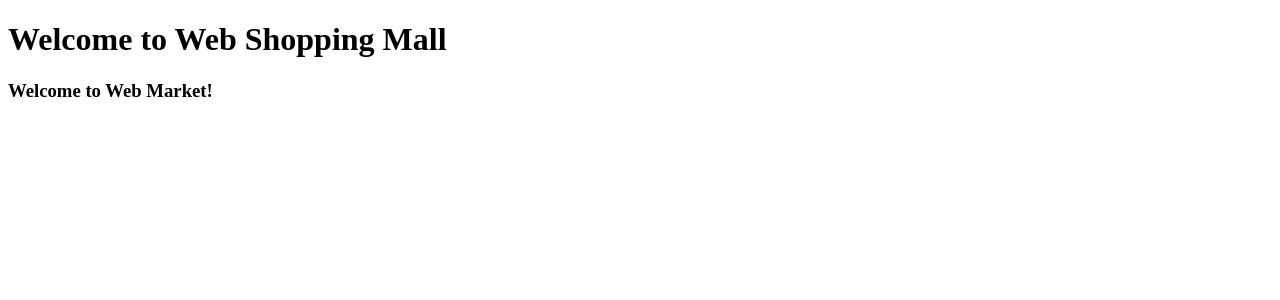
Repository: ramperrit/JSP
Page: http://localhost/WebMarket/welcome.jsp
The author's editor kept a copy of each file at every save. The page is drawn from the files as they stood at one save, then again after the next save.
The browser window is 1280 px wide. The pictures show the whole page.
The page is served by Tomcat 9. Other server files are loaded and not shown.

Above is the page before, as saved 2024-02-21 01:08:34.

### WebMarket/src/main/webapp/welcome.jsp
<%@ page language="java" contentType="text/html; charset=EUC-KR"
    pageEncoding="EUC-KR"%>
<!DOCTYPE html>
<html>
<head>
<meta charset="EUC-KR">
<title>Welcome</title>
</head>
<body>
	<%!
		String greeting = "Welcome to Web Shopping Mall";
		String tagline = "Welcome to Web Market!";
	%>
	<h1> <%= greeting  %> </h1>
	<h3> <%= tagline  %> </h3>
</body>
</html>

After the next save:
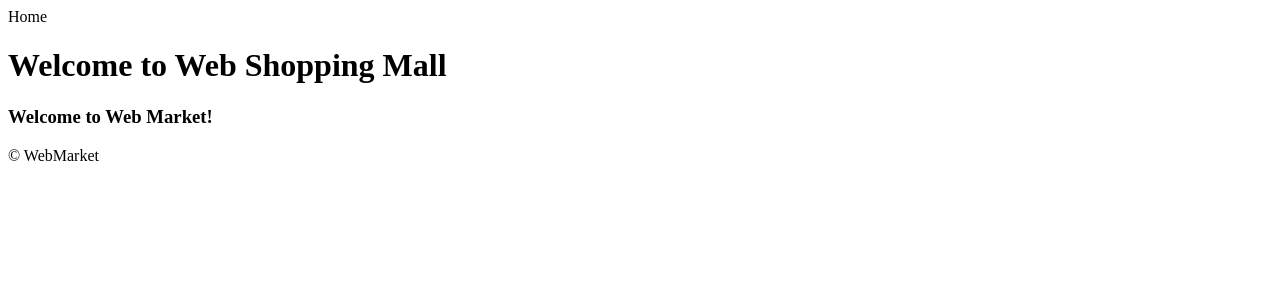
Saved 9 min 21 s later.
--- a/WebMarket/src/main/webapp/welcome.jsp
+++ b/WebMarket/src/main/webapp/welcome.jsp
@@ -3,15 +3,40 @@
 <!DOCTYPE html>
 <html>
 <head>
+<link rel = "stylesheet"
+	herf = "https://maxcdn.bootstrapcdn.com/bootstrap/4.0.0/css/bootstrap.min.css" >
 <meta charset="EUC-KR">
 <title>Welcome</title>
 </head>
 <body>
+	<nav class = "navbar navbar-expand navbar-dark bg-dark">
+		<div class = "container">
+			<div class = "navbar-header">
+				<a class = "navbar-brand" herf="./Welcome.jsp">Home</a>
+			</div>
+		</div>
+	</nav>
+
 	<%!
 		String greeting = "Welcome to Web Shopping Mall";
 		String tagline = "Welcome to Web Market!";
 	%>
-	<h1> <%= greeting  %> </h1>
-	<h3> <%= tagline  %> </h3>
+	<div class = "jumbotton">
+		<div class = "container">
+			<h1 class = "display-3">
+			<%= greeting %>
+			</h1>
+		</div>
+	</div>
+	<div class = "container">
+		<div class = "text-center">
+		<h3>
+			<%= tagline %>
+		</h3>
+		</div>
+	</div>
+	<footer class = "container">
+		<p>&copy; WebMarket</p>
+	</footer>
 </body>
 </html>
